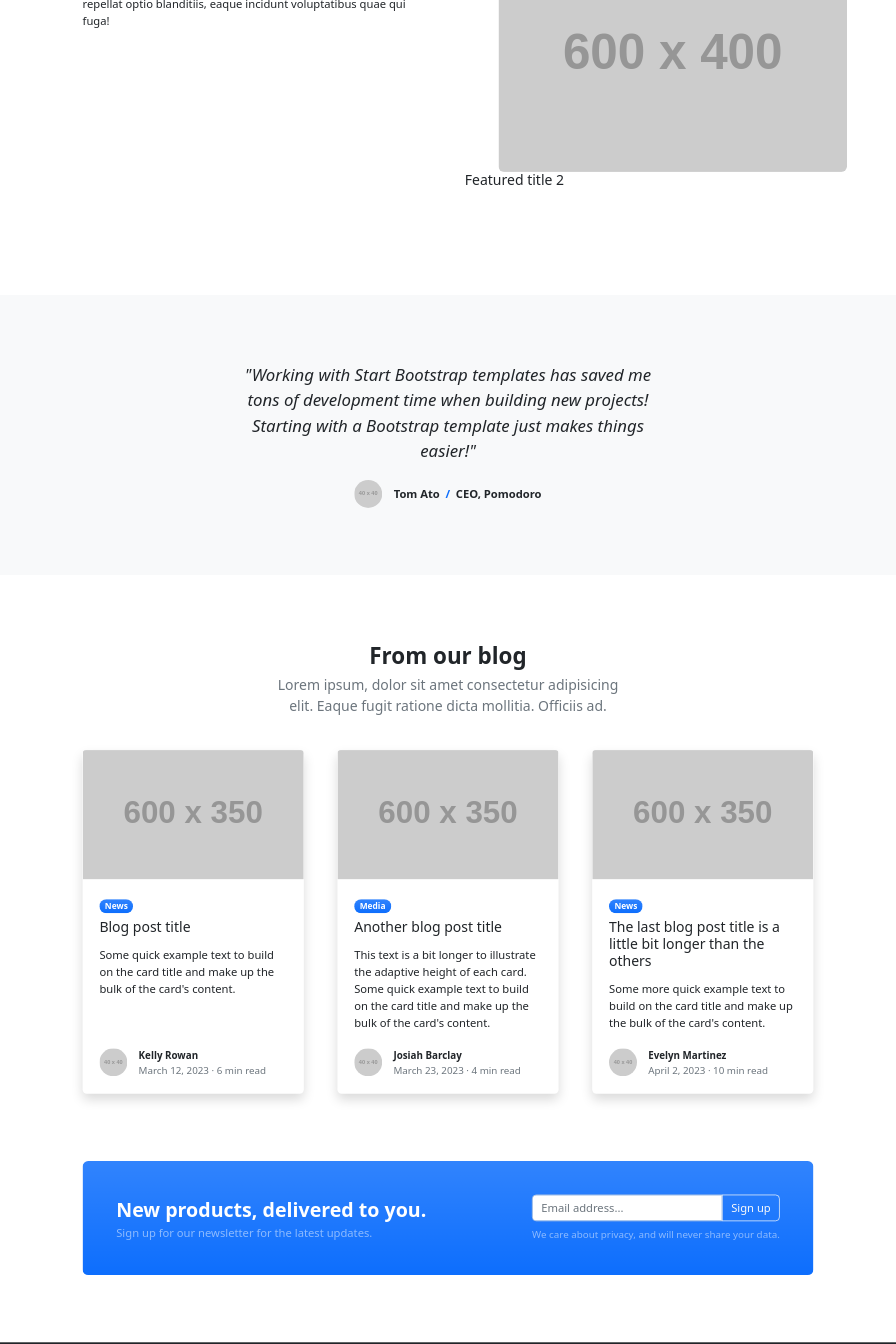
Repository: DragonFruit8/BeTheSpark
Page: index.html
The author's editor kept a copy of each file at every save. The page is drawn from the files as they stood at one save, then again after a run of saves.
The browser window is 1280 px wide. The pictures show the part of the page from y = 751 to 2671 px (the page is 2741 px tall before and 2709 px after), at 70% of full size.

Above is the page before, as saved 2024-01-14 07:48:54.

### index.html
<!DOCTYPE html>
<html lang="en">
    <head>
        <meta charset="utf-8" />
        <meta name="viewport" content="width=device-width, initial-scale=1, shrink-to-fit=no" />
        <meta name="description" content="" />
        <meta name="author" content="" />
        <title>Modern Business - Start Bootstrap Template</title>
        <!-- Favicon-->
        <link rel="icon" type="image/x-icon" href="assets/favicon.ico" />
        <!-- Bootstrap icons-->
        <link href="https://cdn.jsdelivr.net/npm/bootstrap-icons@1.5.0/font/bootstrap-icons.css" rel="stylesheet" />
        <!-- Core theme CSS (includes Bootstrap)-->
        <link href="css/styles.css" rel="stylesheet" />
        <link href="css/home.css" rel="stylesheet" />
    </head>
    <body class="d-flex flex-column h-100">
        <main class="flex-shrink-0">
            <!-- Navigation-->
            <nav class="navbar navbar-expand-lg navbar-dark bg-dark">
                <div class="container px-5">
                    <a class="navbar-brand" href="index.html">Start Bootstrap</a>
                    <button class="navbar-toggler" type="button" data-bs-toggle="collapse" data-bs-target="#navbarSupportedContent" aria-controls="navbarSupportedContent" aria-expanded="false" aria-label="Toggle navigation"><span class="navbar-toggler-icon"></span></button>
                    <div class="collapse navbar-collapse" id="navbarSupportedContent">
                        <ul class="navbar-nav ms-auto mb-2 mb-lg-0">
                            <li class="nav-item"><a class="nav-link" href="index.html">Home</a></li>
                            <li class="nav-item"><a class="nav-link" href="about.html">About</a></li>
                            <li class="nav-item"><a class="nav-link" href="contact.html">Contact</a></li>
                            <li class="nav-item"><a class="nav-link" href="pricing.html">Pricing</a></li>
                            <li class="nav-item"><a class="nav-link" href="faq.html">FAQ</a></li>
                            <li class="nav-item dropdown">
                                <a class="nav-link dropdown-toggle" id="navbarDropdownBlog" href="#" role="button" data-bs-toggle="dropdown" aria-expanded="false">Blog</a>
                                <ul class="dropdown-menu dropdown-menu-end" aria-labelledby="navbarDropdownBlog">
                                    <li><a class="dropdown-item" href="blog-home.html">Blog Home</a></li>
                                    <li><a class="dropdown-item" href="blog-post.html">Blog Post</a></li>
                                </ul>
                            </li>
                            <li class="nav-item dropdown">
                                <a class="nav-link dropdown-toggle" id="navbarDropdownPortfolio" href="#" role="button" data-bs-toggle="dropdown" aria-expanded="false">Portfolio</a>
                                <ul class="dropdown-menu dropdown-menu-end" aria-labelledby="navbarDropdownPortfolio">
                                    <li><a class="dropdown-item" href="portfolio-overview.html">Portfolio Overview</a></li>
                                    <li><a class="dropdown-item" href="portfolio-item.html">Portfolio Item</a></li>
                                </ul>
                            </li>
                        </ul>
                    </div>
                </div>
            </nav>
            <!-- Header-->
            <header class="bg-dark py-5">
                <div class="container px-5">
                    <div class="row gx-5 align-items-center justify-content-center">
                        <div class="col-lg-8 col-xl-10 col-xxl-12">
                            <div class="my-5 text-center text-xl-start">
                                <h1 class="display-5 fw-bolder text-white mb-2">Be The Spark</h1>
                                <p class="lead fw-normal text-white-50 mb-4">Ignite Change in the World</p>
                                <div id="CTA" class="d-grid gap-3 d-sm-flex justify-content-sm-center justify-content-xl-start">
                                    <a id="introCard" class="btn btn-primary btn-lg px-4 me-sm-3" href="#features">Our Movement</a>
                                    <a id="introCard" class="btn btn-outline-light btn-lg px-4" href="#!">Monthly Zoom Calls</a>
                                    <a id="introCard" class="btn btn-primary btn-lg px-4 me-sm-3" href="#features">Get Involved </a>
                                </div>
                            </div>
                        </div>
                        <!-- <div class="col-xl-5 col-xxl-6 d-none d-xl-block text-center"><img class="img-fluid rounded-3 my-5" src="https://dummyimage.com/600x400/343a40/6c757d" alt="..." /></div> -->
                    </div>
                </div>
            </header>
            <!-- Features section-->
            <section class="py-5" id="features">
                <div class="container px-5 my-5">
                    <div class="row gx-5">
                        <div class="col-lg-4 mb-5 mb-lg-0"><h2 class="fw-bolder mb-5">MISSION</h2></div>
                        <div class="row-lg-8">
                            <div class="row gx-5 row-cols-1 row-cols-md-2">
                                <div class="col mb-5 h-100">
                                    <!-- <div class="feature bg-primary bg-gradient text-white rounded-3 mb-3">
                                        <i class="bi bi-collection"></i>
                                    </div> -->
                                    <h2 class="h5">Featured title</h2>
                                    <p class="mb-0">Lorem ipsum, dolor sit amet consectetur adipisicing elit. Exercitationem sint ea, officiis dolores sed quam tempora quo, repellat optio blanditiis, eaque incidunt voluptatibus quae qui fuga!</p>
                                </div>
                                <!-- Photo on the right side -->
                                <div class="col mb-5 h-50 w-50">
                                    <img class="img-fluid rounded-3 mx-5" src="https://dummyimage.com/600x400/343a40/6c757d" alt="..." />
                                    <h2 class="h5">Featured title 2</h2>

                                <!-- <div class="col mb-5 h-100">
                                    <div class="feature bg-primary bg-gradient text-white rounded-3 mb-3"><i class="bi bi-building"></i></div>
                                    <h2 class="h5">Featured title</h2>
                                    <p class="mb-0">Paragraph of text beneath the heading to explain the heading. Here is just a bit more text.</p>
                                </div>
                                <div class="col mb-5 mb-md-0 h-100">
                                    <div class="feature bg-primary bg-gradient text-white rounded-3 mb-3"><i class="bi bi-toggles2"></i></div>
                                    <h2 class="h5">Featured title</h2>
                                    <p class="mb-0">Paragraph of text beneath the heading to explain the heading. Here is just a bit more text.</p>
                                </div>
                                <div class="col h-100">
                                    <div class="feature bg-primary bg-gradient text-white rounded-3 mb-3"><i class="bi bi-toggles2"></i></div>
                                    <h2 class="h5">Featured title</h2>
                                    <p class="mb-0">Paragraph of text beneath the heading to explain the heading. Here is just a bit more text.</p>
                                </div> -->
                            </div>
                        </div>
                    </div>
                </div>
            </section>
            <!-- Testimonial section-->
            <div class="py-5 bg-light">
                <div class="container px-5 my-5">
                    <div class="row gx-5 justify-content-center">
                        <div class="col-lg-10 col-xl-7">
                            <div class="text-center">
                                <div class="fs-4 mb-4 fst-italic">"Working with Start Bootstrap templates has saved me tons of development time when building new projects! Starting with a Bootstrap template just makes things easier!"</div>
                                <div class="d-flex align-items-center justify-content-center">
                                    <img class="rounded-circle me-3" src="https://dummyimage.com/40x40/ced4da/6c757d" alt="..." />
                                    <div class="fw-bold">
                                        Tom Ato
                                        <span class="fw-bold text-primary mx-1">/</span>
                                        CEO, Pomodoro
                                    </div>
                                </div>
                            </div>
                        </div>
                    </div>
                </div>
            </div>
            <!-- Blog preview section-->
            <section class="py-5">
                <div class="container px-5 my-5">
                    <div class="row gx-5 justify-content-center">
                        <div class="col-lg-8 col-xl-6">
                            <div class="text-center">
                                <h2 class="fw-bolder">From our blog</h2>
                                <p class="lead fw-normal text-muted mb-5">Lorem ipsum, dolor sit amet consectetur adipisicing elit. Eaque fugit ratione dicta mollitia. Officiis ad.</p>
                            </div>
                        </div>
                    </div>
                    <div class="row gx-5">
                        <div class="col-lg-4 mb-5">
                            <div class="card h-100 shadow border-0">
                                <img class="card-img-top" src="https://dummyimage.com/600x350/ced4da/6c757d" alt="..." />
                                <div class="card-body p-4">
                                    <div class="badge bg-primary bg-gradient rounded-pill mb-2">News</div>
                                    <a class="text-decoration-none link-dark stretched-link" href="#!"><h5 class="card-title mb-3">Blog post title</h5></a>
                                    <p class="card-text mb-0">Some quick example text to build on the card title and make up the bulk of the card's content.</p>
                                </div>
                                <div class="card-footer p-4 pt-0 bg-transparent border-top-0">
                                    <div class="d-flex align-items-end justify-content-between">
                                        <div class="d-flex align-items-center">
                                            <img class="rounded-circle me-3" src="https://dummyimage.com/40x40/ced4da/6c757d" alt="..." />
                                            <div class="small">
                                                <div class="fw-bold">Kelly Rowan</div>
                                                <div class="text-muted">March 12, 2023 &middot; 6 min read</div>
                                            </div>
                                        </div>
                                    </div>
                                </div>
                            </div>
                        </div>
                        <div class="col-lg-4 mb-5">
                            <div class="card h-100 shadow border-0">
                                <img class="card-img-top" src="https://dummyimage.com/600x350/adb5bd/495057" alt="..." />
                                <div class="card-body p-4">
                                    <div class="badge bg-primary bg-gradient rounded-pill mb-2">Media</div>
                                    <a class="text-decoration-none link-dark stretched-link" href="#!"><h5 class="card-title mb-3">Another blog post title</h5></a>
                                    <p class="card-text mb-0">This text is a bit longer to illustrate the adaptive height of each card. Some quick example text to build on the card title and make up the bulk of the card's content.</p>
                                </div>
                                <div class="card-footer p-4 pt-0 bg-transparent border-top-0">
                                    <div class="d-flex align-items-end justify-content-between">
                                        <div class="d-flex align-items-center">
                                            <img class="rounded-circle me-3" src="https://dummyimage.com/40x40/ced4da/6c757d" alt="..." />
                                            <div class="small">
                                                <div class="fw-bold">Josiah Barclay</div>
                                                <div class="text-muted">March 23, 2023 &middot; 4 min read</div>
                                            </div>
                                        </div>
                                    </div>
                                </div>
                            </div>
                        </div>
                        <div class="col-lg-4 mb-5">
                            <div class="card h-100 shadow border-0">
                                <img class="card-img-top" src="https://dummyimage.com/600x350/6c757d/343a40" alt="..." />
                                <div class="card-body p-4">
                                    <div class="badge bg-primary bg-gradient rounded-pill mb-2">News</div>
                                    <a class="text-decoration-none link-dark stretched-link" href="#!"><h5 class="card-title mb-3">The last blog post title is a little bit longer than the others</h5></a>
                                    <p class="card-text mb-0">Some more quick example text to build on the card title and make up the bulk of the card's content.</p>
                                </div>
                                <div class="card-footer p-4 pt-0 bg-transparent border-top-0">
                                    <div class="d-flex align-items-end justify-content-between">
                                        <div class="d-flex align-items-center">
                                            <img class="rounded-circle me-3" src="https://dummyimage.com/40x40/ced4da/6c757d" alt="..." />
                                            <div class="small">
                                                <div class="fw-bold">Evelyn Martinez</div>
                                                <div class="text-muted">April 2, 2023 &middot; 10 min read</div>
                                            </div>
                                        </div>
                                    </div>
                                </div>
                            </div>
                        </div>
                    </div>
                    <!-- Call to action-->
                    <aside class="bg-primary bg-gradient rounded-3 p-4 p-sm-5 mt-5">
                        <div class="d-flex align-items-center justify-content-between flex-column flex-xl-row text-center text-xl-start">
                            <div class="mb-4 mb-xl-0">
                                <div class="fs-3 fw-bold text-white">New products, delivered to you.</div>
                                <div class="text-white-50">Sign up for our newsletter for the latest updates.</div>
                            </div>
                            <div class="ms-xl-4">
                                <div class="input-group mb-2">
                                    <input class="form-control" type="text" placeholder="Email address..." aria-label="Email address..." aria-describedby="button-newsletter" />
                                    <button class="btn btn-outline-light" id="button-newsletter" type="button">Sign up</button>
                                </div>
                                <div class="small text-white-50">We care about privacy, and will never share your data.</div>
                            </div>
                        </div>
                    </aside>
                </div>
            </section>
        </main>
        <!-- Footer-->
        <footer class="bg-dark py-4 mt-auto">
            <div class="container px-5">
                <div class="row align-items-center justify-content-between flex-column flex-sm-row">
                    <div class="col-auto"><div class="small m-0 text-white">Copyright &copy; Your Website 2023</div></div>
                    <div class="col-auto">
                        <a class="link-light small" href="#!">Privacy</a>
                        <span class="text-white mx-1">&middot;</span>
                        <a class="link-light small" href="#!">Terms</a>
                        <span class="text-white mx-1">&middot;</span>
                        <a class="link-light small" href="#!">Contact</a>
                    </div>
                </div>
            </div>
        </footer>
        <!-- Bootstrap core JS-->
        <script src="https://cdn.jsdelivr.net/npm/bootstrap@5.2.3/dist/js/bootstrap.bundle.min.js"></script>
        <!-- Core theme JS-->
        <script src="js/scripts.js"></script>
    </body>
</html>

### css/home.css

#CTA{
    justify-content: center;
}
#CTA a{
    display: flex;
    max-height: 600px;
    max-width: 300px;
    padding: 20px;
    margin-top: 20px;
    margin-bottom: 20px;
    border-radius: 5px;
}

#CTA #introCard{
    display: flex;
    flex-direction: column;
    justify-content: center;
    align-items: center;
    /* height: 200px; */
    margin-top: 20px;
    margin-bottom: 20px;
    padding: 20px;
    border-radius: 5px;
}

@media (min-width: 1080px) {
    #CTA > a{
        display: inline-flex;
        flex-direction: row;
        min-height:75px !important;
        min-width: 200px !important;
        padding: 20px;
        justify-content: center;
        border-radius: 5px;
    }

}

@media (max-width: 1080px) and (min-width: 648px) {
    #CTA a{
        display: inline-flex;
        flex-direction: row;
        max-height: 100px !important;
        max-width: fit-content !important;
        min-width: 250px !important;
        text-align: center;
        justify-content: center;
        border-radius: 5px;
    }
    #CTA {
        display: flex;
        flex-direction: column;
        flex-wrap: nowrap;
        justify-content: center;
        align-items: center;

    }
}

@media (min-width: 1080px) {
    #CTA a{
        display: inline-flex;
        flex-direction: row;
        max-height: 100px !important;
        max-width: fit-content !important;
        min-width: 250px !important;
        text-align: center;
        justify-content: center;
        border-radius: 5px;
    }
}

Loaded but not shown: css/styles.css (library); js/scripts.js (common file)

After the next 3 saves:
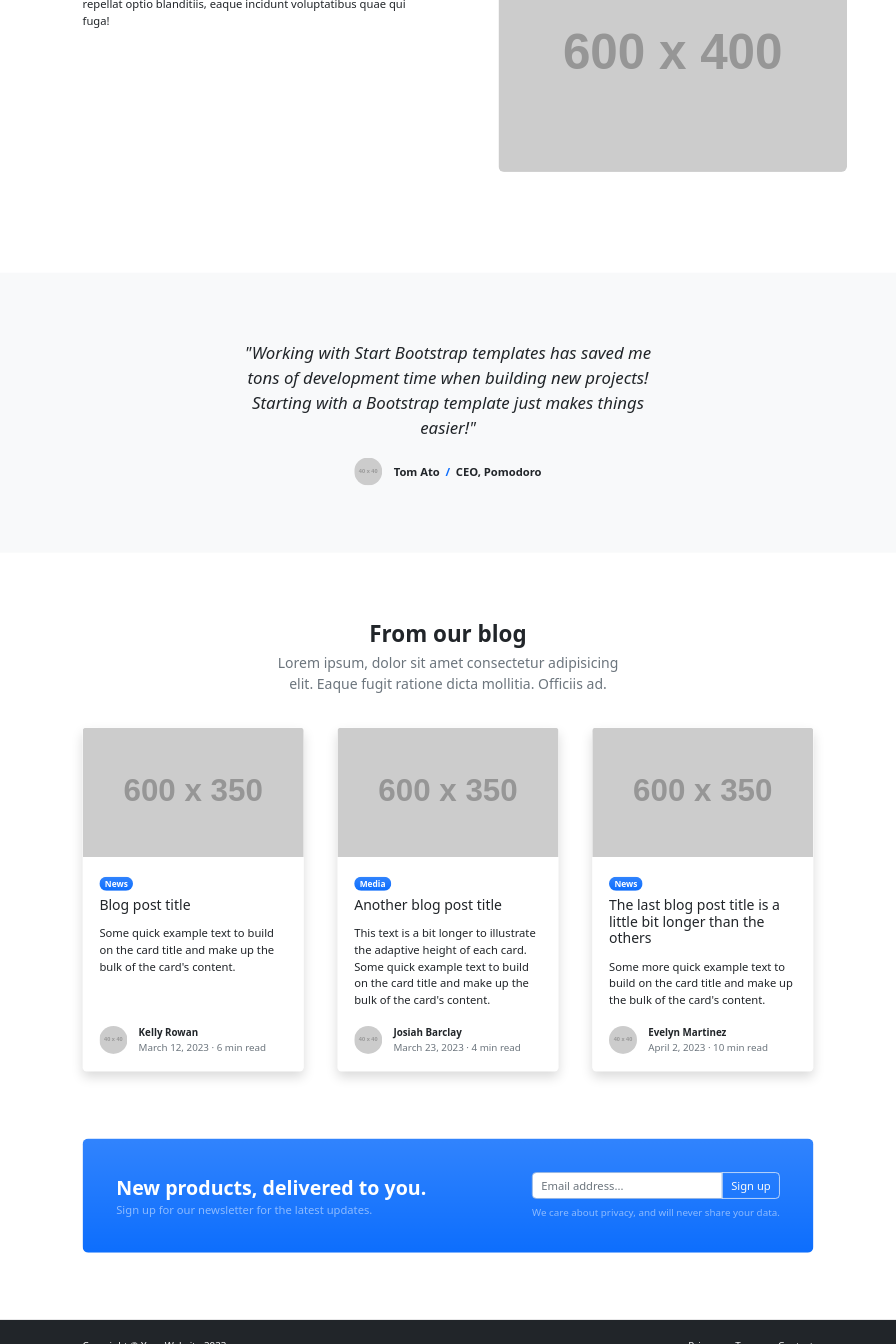
The 3 saves are shown as one change because they came seconds apart.
The last was saved 12 s later.
--- a/index.html
+++ b/index.html
@@ -82,7 +82,6 @@
                                 <!-- Photo on the right side -->
                                 <div class="col mb-5 h-50 w-50">
                                     <img class="img-fluid rounded-3 mx-5" src="https://dummyimage.com/600x400/343a40/6c757d" alt="..." />
-                                    <h2 class="h5">Featured title 2</h2>
 
                                 <!-- <div class="col mb-5 h-100">
                                     <div class="feature bg-primary bg-gradient text-white rounded-3 mb-3"><i class="bi bi-building"></i></div>
